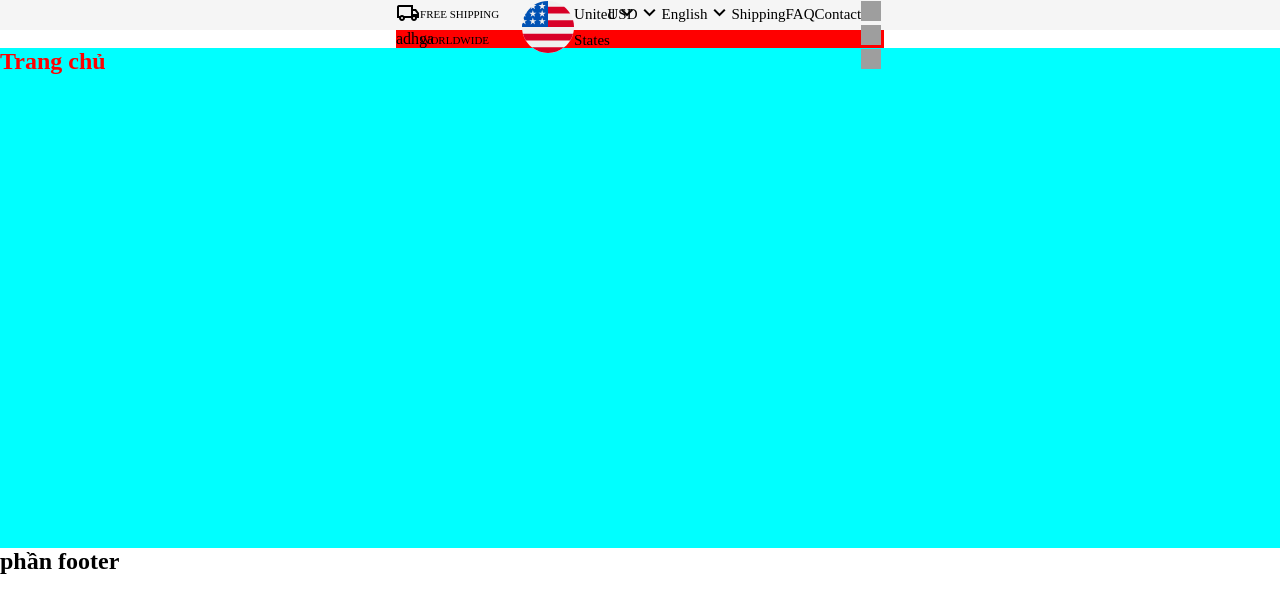
Repository: tatvanhco/shopper
Page: /
An editor plug-in stored every save of this project. The page is shown before and after a run of saves, followed by the edit.
The browser window is 1280 px wide. The pictures show the whole page.
Pictures or frames that could not be fetched are drawn as grey boxes. The project was rebuilt for these pictures with package versions that can differ from the ones it lists, and the page was loaded fresh each time.

Above is the page before, as saved 2022-09-24 11:49:49.

After the next 3 saves:
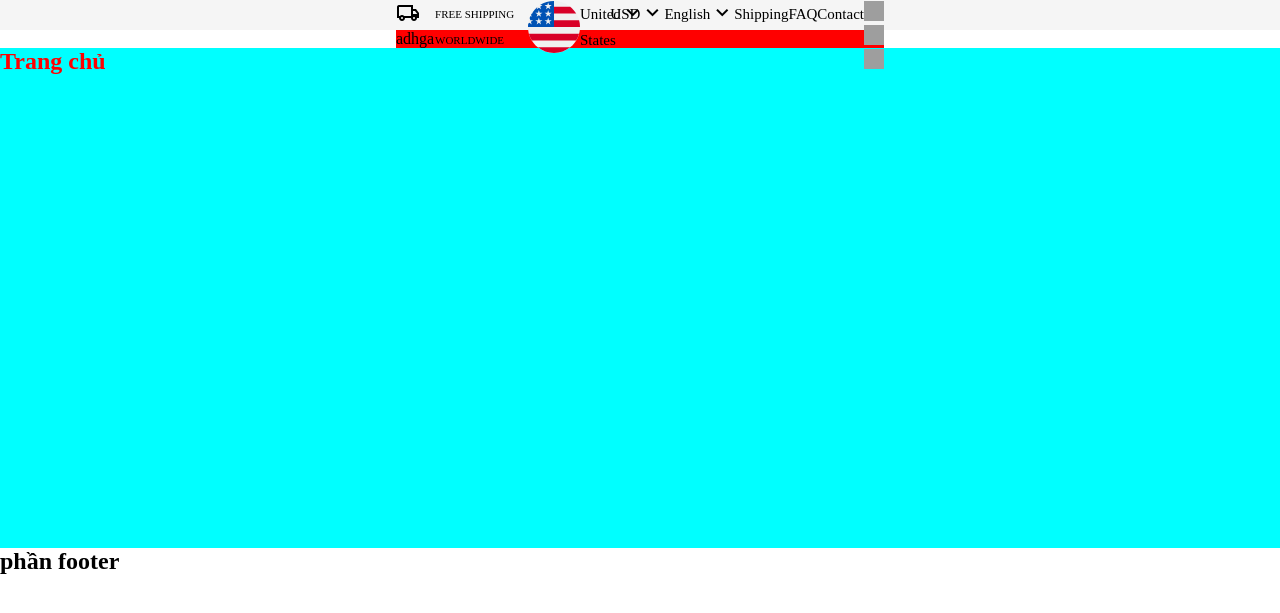
The 3 saves are shown as one change because they came seconds apart.
The last was saved 12 s later.
--- a/src/components/header/header.module.scss
+++ b/src/components/header/header.module.scss
@@ -15,4 +15,5 @@
 .titleShip {
     font-size: 11px;
     line-height: 26px;
+    padding-left: 15px;
 }
